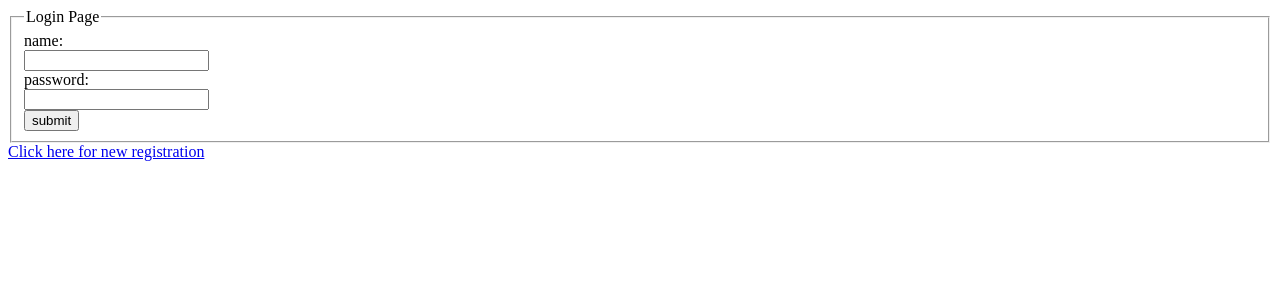
Repository: dhanush199/ServletProject
Page: LoginRegistrationApp/WebContent/WEB-INF/lib/login.html
The author's editor kept a copy of each file at every save. The page is drawn from the files as they stood at one save, then again after the next save.
The browser window is 1280 px wide. The pictures show the whole page.

Above is the page before, as saved 2019-01-22 09:22:53.

### LoginRegistrationApp/WebContent/WEB-INF/lib/login.html
<!DOCTYPE html>
<html>
<head>
<meta charset="UTF-8">
<title>Insert title here</title>
</head>
<body>
<form action="userRegistration" method="get">
<fieldset>
<legend>Login Page</legend>
name:<br>
<input type="text" name="name"><br>
password:<br>
<input type="password" name="password"><br>
<input type ="submit" value="submit">
</fieldset>
<a href=index.html> Click here for new registration</a>
</form>
</body>
</html>

After the next save:
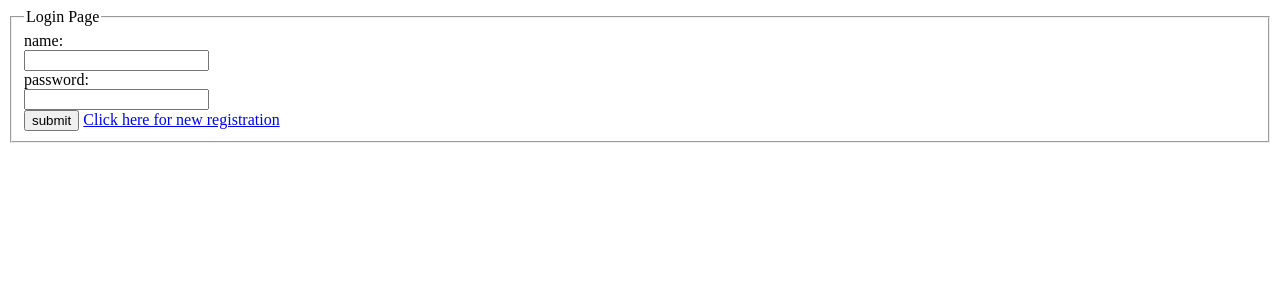
Saved 77 s later.
--- a/LoginRegistrationApp/WebContent/WEB-INF/lib/login.html
+++ b/LoginRegistrationApp/WebContent/WEB-INF/lib/login.html
@@ -13,8 +13,8 @@ name:<br>
 password:<br>
 <input type="password" name="password"><br>
 <input type ="submit" value="submit">
+<a href=index.html> Click here for new registration</a>
 </fieldset>
-<a href=index.html> Click here for new registration</a>
 </form>
 </body>
 </html>
